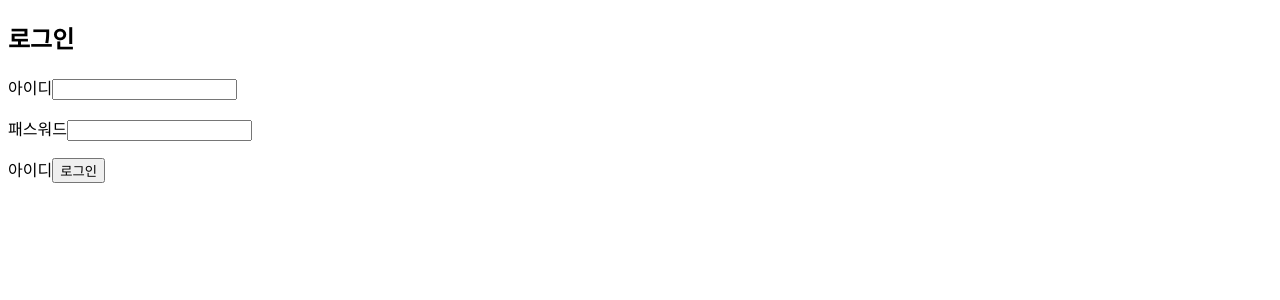
Repository: taiseidesu97/space_jspworks
Page: http://localhost/jweb0/cart/session01.jsp
An editor plug-in stored every save of this project. The page is shown before and after the next save, followed by the edit.
The browser window is 1280 px wide. The pictures show the whole page.
The page is served by Tomcat 10. Other server files are loaded and not shown.

Above is the page before, as saved 2025-10-13 02:00:28.

### jweb0/src/main/webapp/cart/session01.jsp
<%@ page language="java" contentType="text/html; charset=UTF-8"
    pageEncoding="UTF-8"%>
<!DOCTYPE html>
<html>
<head>
<meta charset="UTF-8">
<title>로그인 폼</title>
</head>
<body>
<h2>로그인</h2>
<form action="session01_process.jsp" method="post">
<p>아이디<input type="text" name="id"></p>
<p>패스워드<input type="password" name="password"></p>
<p>아이디<input type="submit" value="로그인"></p>
</form>

</body>
</html>

After the next save:
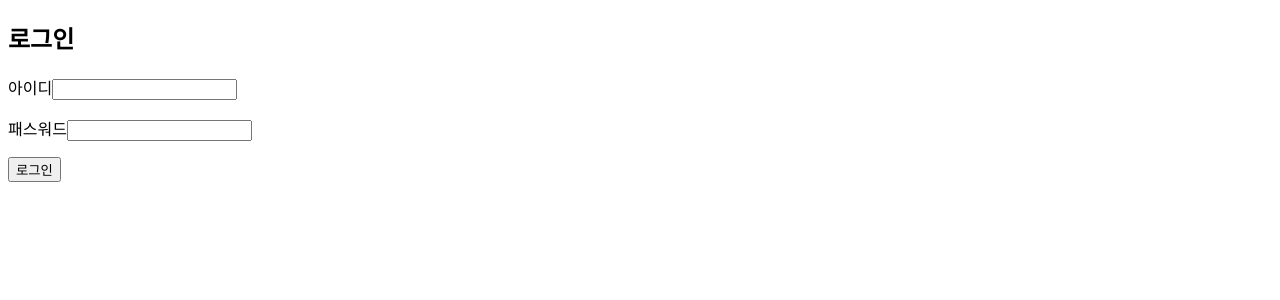
Saved 12 s later.
--- a/jweb0/src/main/webapp/cart/session01.jsp
+++ b/jweb0/src/main/webapp/cart/session01.jsp
@@ -11,7 +11,7 @@
 <form action="session01_process.jsp" method="post">
 <p>아이디<input type="text" name="id"></p>
 <p>패스워드<input type="password" name="password"></p>
-<p>아이디<input type="submit" value="로그인"></p>
+<p><input type="submit" value="로그인"></p>
 </form>
 
 </body>
